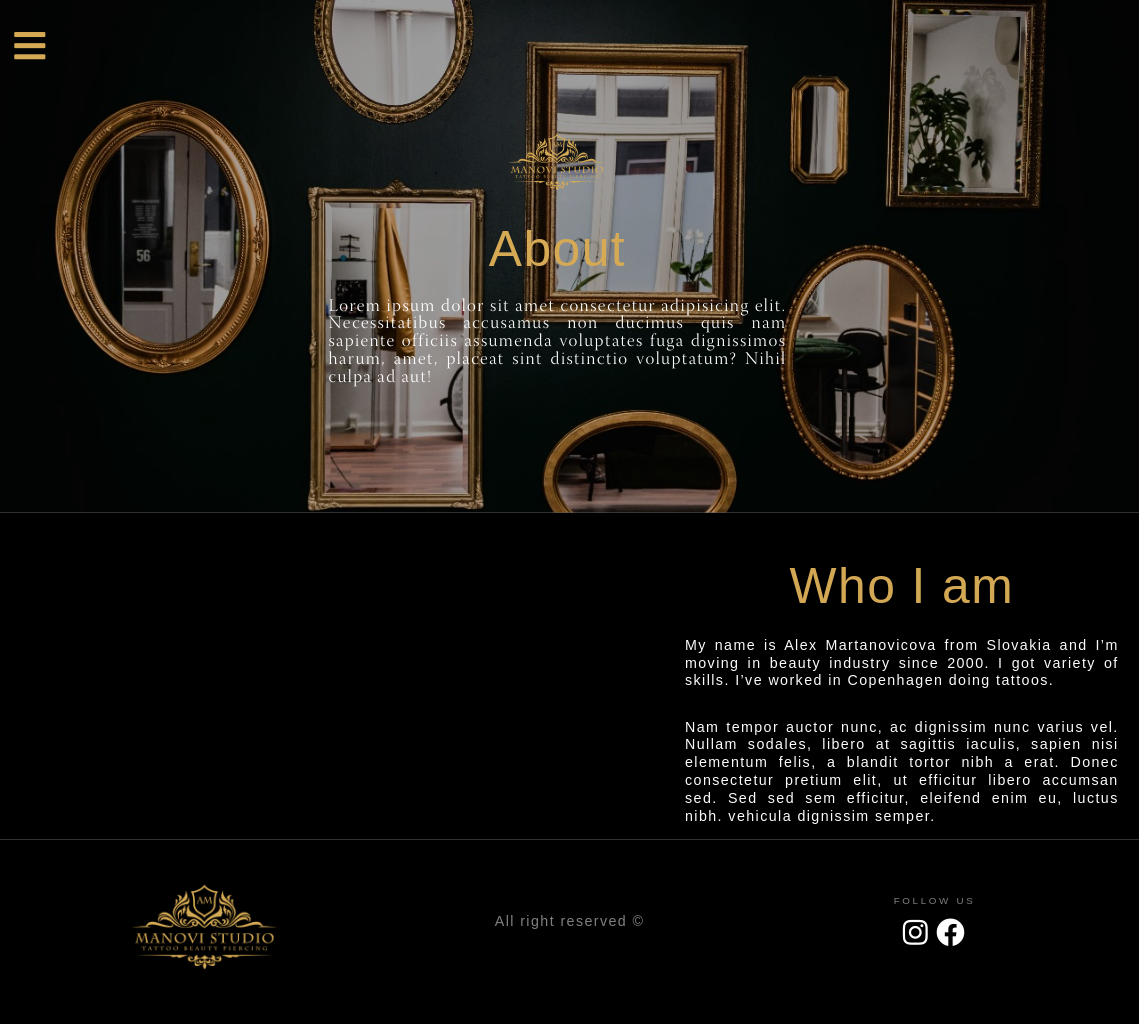
Repository: Spreceriany/TattooWeb
Page: about.html
An editor plug-in stored every save of this project. The page is shown before and after the next save, followed by the edit.
The browser window is 1280 px wide. The pictures show the whole page, at 89% of full size.
Some web fonts or font styles are not loaded; a fallback is used. Some web libraries are served in a nearby version.

Above is the page before, as saved 2020-04-10 17:59:06.
Console error: ReferenceError: AOS is not defined

After the next save:
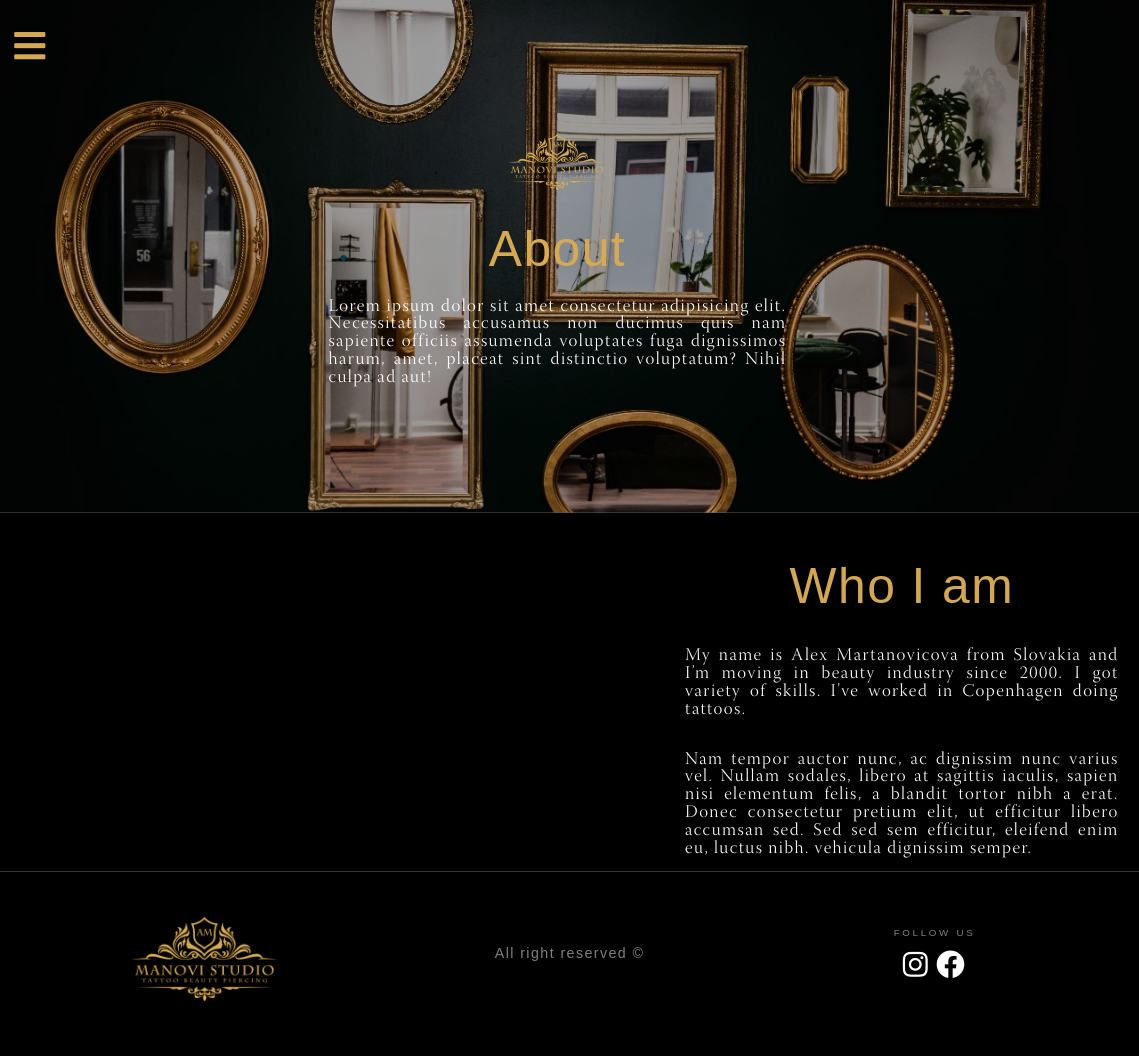
Saved 77 min 3 s later.
--- a/about.html
+++ b/about.html
@@ -94,8 +94,8 @@
             </div>
             <div class=" col-12 col-lg-5 text-center order-1 order-lg-2"  data-aos="fade" data-aos-duration="3000" data-aos-delay="3000">
                 <h2 class="gold pt-5 display-4">Who I am</h2>
-                <p class="text-white text-justify pt-3 px-2"> My name is Alex Martanovicova from Slovakia and I’m moving in beauty industry since 2000. I got variety of skills. I’ve worked in Copenhagen doing tattoos.</p>
-                <p class="text-white text-justify pt-3 px-2"> Nam tempor auctor nunc, ac dignissim nunc varius vel. Nullam sodales, libero at sagittis iaculis, sapien nisi elementum felis, a blandit tortor nibh a erat. Donec consectetur pretium elit, ut efficitur libero accumsan sed. Sed sed sem efficitur, eleifend enim eu, luctus nibh. vehicula dignissim semper.</p>
+                <p class="text-white text-justify pt-3 px-2 lead second-font"> My name is Alex Martanovicova from Slovakia and I’m moving in beauty industry since 2000. I got variety of skills. I’ve worked in Copenhagen doing tattoos.</p>
+                <p class="text-white text-justify pt-3 px-2 lead second-font"> Nam tempor auctor nunc, ac dignissim nunc varius vel. Nullam sodales, libero at sagittis iaculis, sapien nisi elementum felis, a blandit tortor nibh a erat. Donec consectetur pretium elit, ut efficitur libero accumsan sed. Sed sed sem efficitur, eleifend enim eu, luctus nibh. vehicula dignissim semper.</p>
 
             </div>
         </div>
